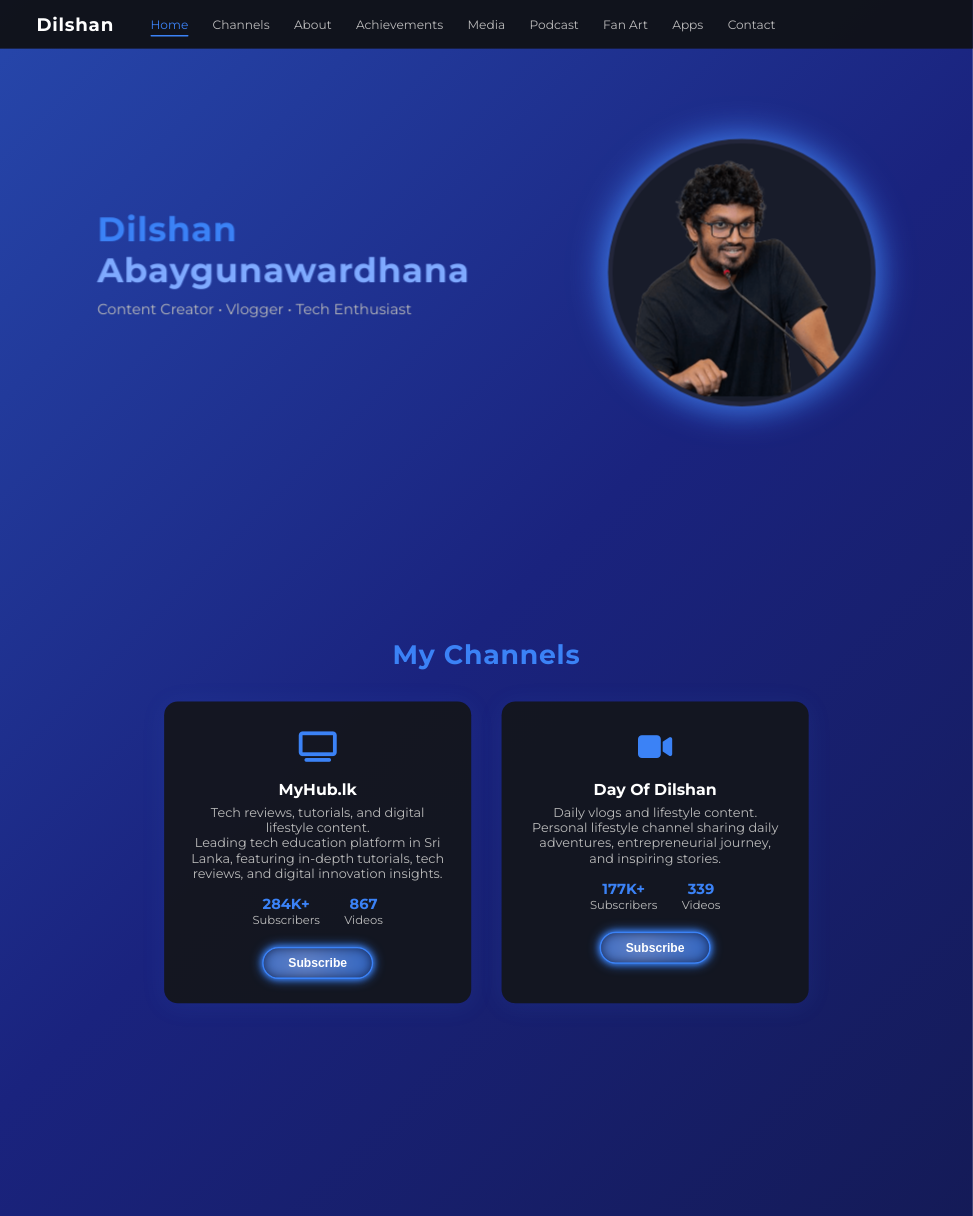
Repository: notyourclose/https-github.com-notyourclose-dilshan-abeygunawardana5
Page: index.html
The author's editor kept a copy of each file at every save. The page is drawn from the files as they stood at one save, then again after the next save.
The browser window is 1280 px wide. The pictures show the whole page, at 76% of full size.

Above is the page before, as saved 2025-05-14 14:58:45.

After the next save:
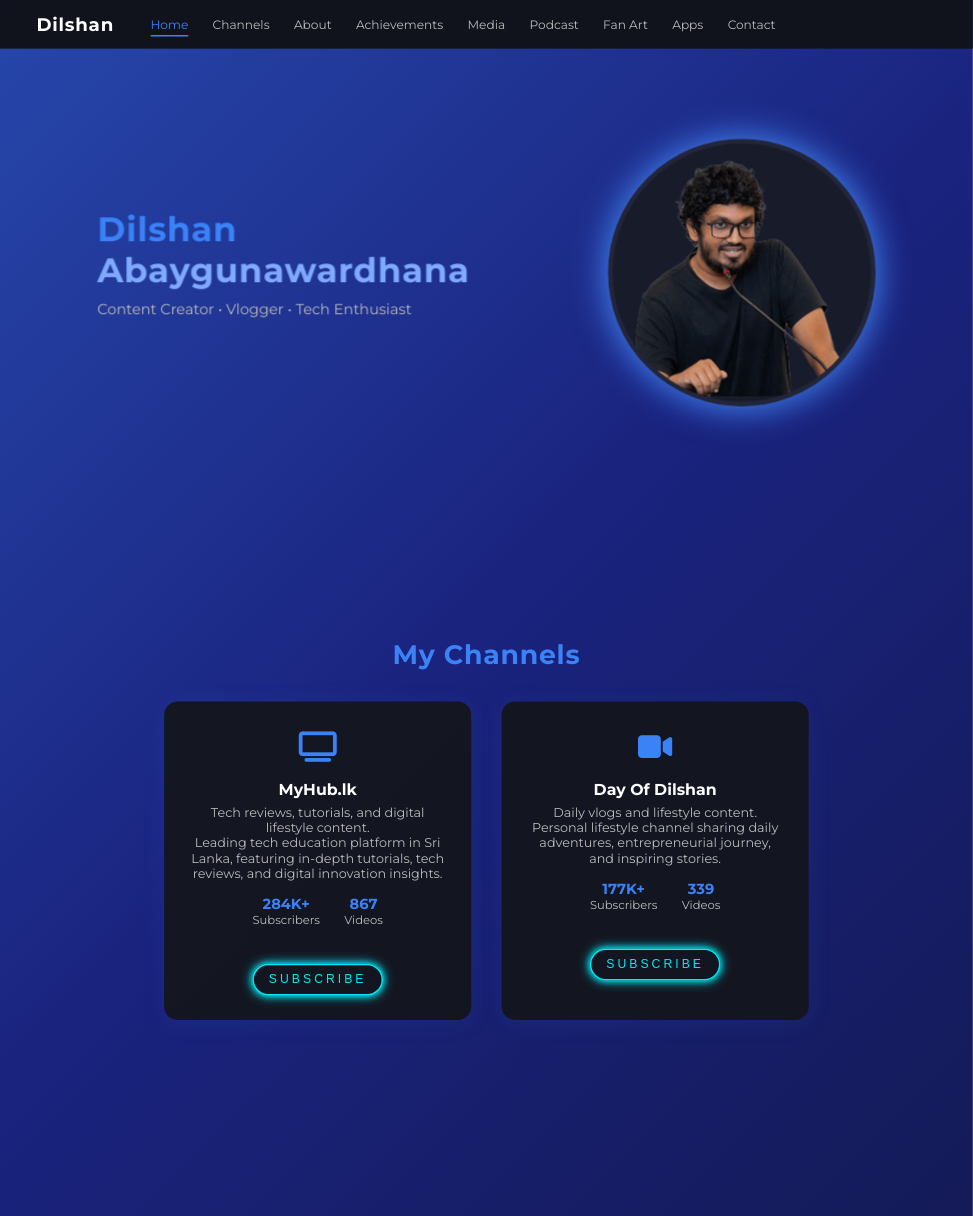
Saved 8 min 54 s later.
--- a/index.html
+++ b/index.html
@@ -236,43 +236,57 @@
             font-size: 0.95rem;
             color: #bbb;
         }
-        .subscribe-btn {
-            margin-top: 18px;
-            background: #111b3f;
-            color: #fff;
-            border: 2px solid #3b82f6;
+        .subscribe-btn, .neon-btn, button {
+            position: relative;
+            display: inline-block;
+            padding: 10px 20px;
+            color: #03e9f4;
+            font-size: 16px;
+            text-decoration: none;
+            text-transform: uppercase;
+            overflow: hidden;
+            transition: 0.5s;
+            margin-top: 40px;
+            letter-spacing: 4px;
+            background: transparent;
+            border: 2px solid #03e9f4;
             border-radius: 22px;
-            padding: 10px 32px;
-            font-size: 1rem;
-            font-weight: 600;
-            cursor: pointer;
-            box-shadow: 0 0 8px #3b82f6, 0 0 16px #3b82f6;
-            position: relative;
-            overflow: hidden;
+            box-shadow: 0 0 8px #03e9f4, 0 0 16px #03e9f4;
             z-index: 1;
-            transition: background 0.2s, color 0.2s, box-shadow 0.2s;
-        }
-        .subscribe-btn::before {
-            content: '';
+        }
+        .subscribe-btn:hover, .neon-btn:hover, button:hover {
+            background: #03e9f4;
+            color: #111b3f;
+            box-shadow: 0 0 24px #03e9f4, 0 0 48px #03e9f4;
+        }
+        /* Neon input styles */
+        .login-box .user-box input {
+            width: 100%;
+            padding: 10px 0;
+            font-size: 16px;
+            color: #fff;
+            margin-bottom: 30px;
+            border: none;
+            border-bottom: 1px solid #fff;
+            outline: none;
+            background: transparent;
+        }
+        .login-box .user-box label {
             position: absolute;
-            top: -2px; left: -2px; right: -2px; bottom: -2px;
-            background: linear-gradient(90deg, #3b82f6, #7faaff, #3b82f6, #7faaff);
-            background-size: 200% 200%;
-            filter: blur(8px);
-            opacity: 0.7;
-            z-index: -1;
-            border-radius: 24px;
-            animation: neonGlow 2s linear infinite;
-        }
-        @keyframes neonGlow {
-            0% { background-position: 0% 50%; }
-            50% { background-position: 100% 50%; }
-            100% { background-position: 0% 50%; }
-        }
-        .subscribe-btn:hover, .subscribe-btn:focus {
-            background: #3b82f6;
-            color: #fff;
-            box-shadow: 0 0 24px #3b82f6, 0 0 48px #7faaff;
+            top: 0;
+            left: 0;
+            padding: 10px 0;
+            font-size: 16px;
+            color: #fff;
+            pointer-events: none;
+            transition: 0.5s;
+        }
+        .login-box .user-box input:focus ~ label,
+        .login-box .user-box input:valid ~ label {
+            top: -20px;
+            left: 0;
+            color: #03e9f4;
+            font-size: 12px;
         }
         @media (max-width: 900px) {
             .channels-cards {
